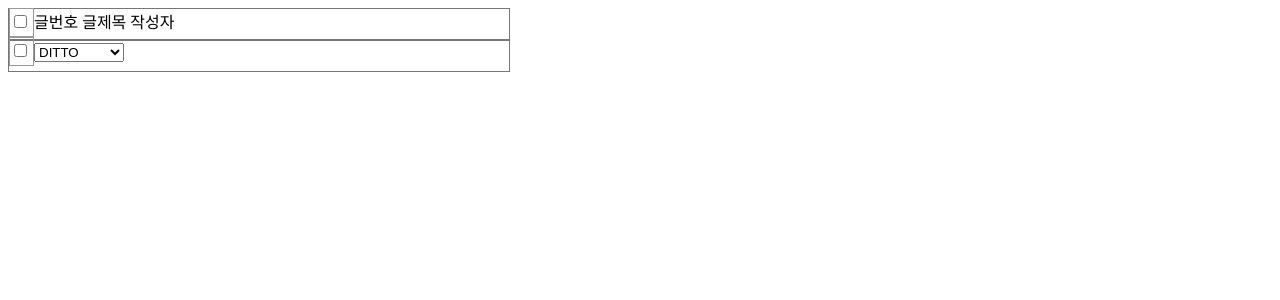
Repository: SniperDitto/save
Page: http://localhost/SpringBoard/html/boards.jsp
These files come from the project's save history. The page is drawn as it stood at one moment and after the next save; the edit follows.
The browser window is 1280 px wide. The pictures show the whole page.
The page is served by Tomcat 9.

Above is the page before, as saved 2022-05-26 00:23:29.

After the next save:
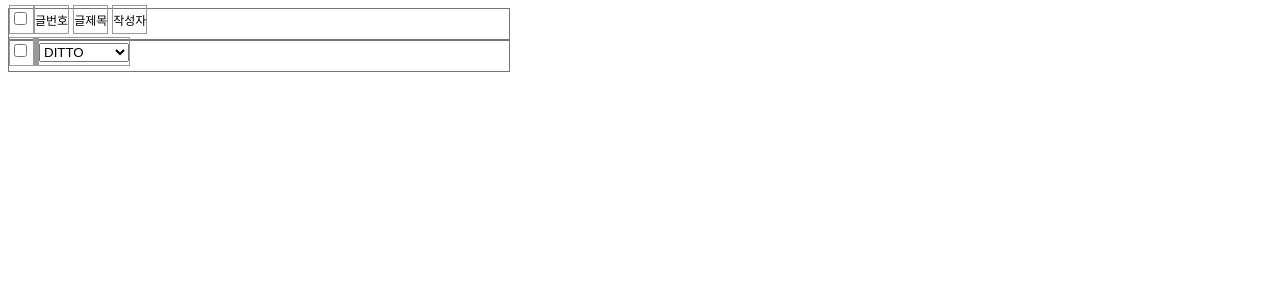
Saved 25 s later.
--- a/2022JAVA_YSH 1/JAVA/SpringBoard/SpringBoard/src/main/webapp/html/boards.jsp
+++ b/2022JAVA_YSH 1/JAVA/SpringBoard/SpringBoard/src/main/webapp/html/boards.jsp
@@ -51,17 +51,17 @@
 		<span class="col1">
 			<input type="checkbox"/>
 		</span>
-		<span class="">글번호</span>
-		<span class="">글제목</span>
-		<span class="">작성자</span>
+		<span class="col2">글번호</span>
+		<span class="col3">글제목</span>
+		<span class="col4">작성자</span>
 	</div>
 	<div id="boardRow" class="bRow">
 		<span class="col1">
 			<input type="checkbox"/>
 		</span>
-		<span class=""></span>
-		<span class=""></span>
-		<span class="">
+		<span class="col2"></span>
+		<span class="col3"></span>
+		<span class="col4">
 			<select>
 				<option value="USER01">DITTO</option>
 				<option value="USER02">MARSH</option>
